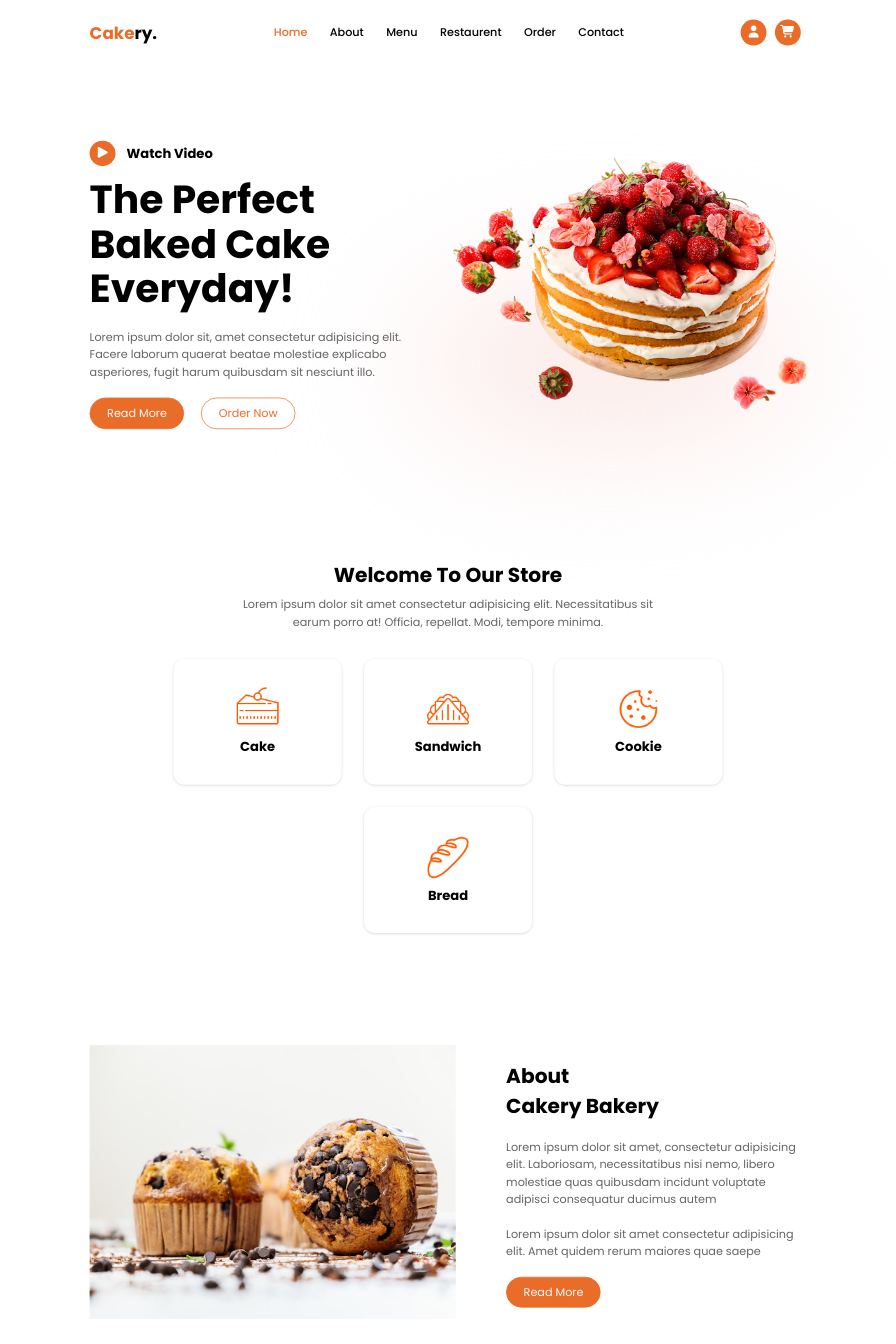
Repository: kingamirhosein100000-maker/cake.shop
Page: index.html
An editor plug-in stored every save of this project. The page is shown before and after the next save, followed by the edit.
The browser window is 1280 px wide. The pictures show the part of the page from y = 0 to 1920 px (the page is 5220 px tall), at 70% of full size.
A picture or video elsewhere on the page could not be fetched, so the positions and the page height are approximate. Some web libraries are served in a nearby version.

Above is the page before, as saved 2026-01-29 19:11:04.

### index.html
<!DOCTYPE html>
<html lang="en">

<head>
    <meta charset="UTF-8">
    <meta name="viewport" content="width=device-width, initial-scale=1.0">
    <title>Bakery Website</title>
    <link rel="stylesheet" href="style.css">
    <link rel="stylesheet" href="https://cdnjs.cloudflare.com/ajax/libs/font-awesome/7.0.1/css/all.min.css" integrity="sha512-2SwdPD6INVrV/lHTZbO2nodKhrnDdJK9/kg2XD1r9uGqPo1cUbujc+IYdlYdEErWNu69gVcYgdxlmVmzTWnetw==" crossorigin="anonymous" referrerpolicy="no-referrer"
    />
</head>

<body>
    <!-- Header Part -->
    <header>
        <nav class="navbar container">
            <div class="logo">
                <a class="logo-txt" href="#">
                        Cake<span>ry.</span>
                    </a>

            </div>
            <ul class="navlist">
                <li>
                    <a href="#" class="navlinks active">
                            Home
                        </a>
                </li>
                <li>
                    <a href="#" class="navlinks">
                            About
                        </a>
                </li>
                <li>
                    <a href="#" class="navlinks">
                            Menu
                        </a>
                </li>
                <li>
                    <a href="#" class="navlinks">
                            Restaurent
                        </a>
                </li>
                <li>
                    <a href="#" class="navlinks">
                            Order
                        </a>
                </li>
                <li>
                    <a href="#" class="navlinks">
                            Contact
                        </a>
                </li>

            </ul>
            <div class="nav-icons">
                <a href="#" class="icons-link">
                    <i class="fa-solid  fa-user"></i>
                </a>
                <a href="#" class="icons-link">
                    <i class="fa-solid fa-shopping-cart"></i>

                </a>
            </div>
            <div class="hamburger">
                <div class="burger"></div>
                <div class="burger"></div>
                <div class="burger"></div>
            </div>
        </nav>
    </header>
    <!-- Section Parts -->
    <main>

        <!-- /* hero-section */ -->

        <section class="hero-section container">
            <div class="content">
                <div class="whatch">
                    <a href="#" class="icons-link">
                        <i class="fa-solid fa-play"></i>
                    </a>
                    <h3>Watch Video</h3>
                </div>
                <h1>The Perfect Baked Cake Everyday!</h1>
                <p>Lorem ipsum dolor sit, amet consectetur adipisicing elit. Facere laborum quaerat beatae molestiae explicabo asperiores, fugit harum quibusdam sit nesciunt illo.</p>
                <div class="btn-continer">
                    <button>Read More</button>
                    <button data-type="borderd-btn">Order Now</button>
                </div>
            </div>
            <div class="img-conteiner">
                <img src="img/cake.png" alt="عکس کیک ">
            </div>
        </section>
        <!-- Store section -->
        <section class="other-section container">
            <div class="column-canteiner">
                <h2>Welcome To Our Store</h2>
                <p data-type="centerd-txt">Lorem ipsum dolor sit amet consectetur adipisicing elit. Necessitatibus sit earum porro at! Officia, repellat. Modi, tempore minima.</p>
                <div class="card-conteiner">
                    <div class="card" data-type="category">
                        <img src="img/pastery.png">
                        <h3>Cake</h3>
                    </div>
                    <div class="card" data-type="category">
                        <img src="img/sandwich.png">
                        <h3>Sandwich</h3>
                    </div>
                    <div class="card" data-type="category">
                        <img src="img/cookie.png">
                        <h3>Cookie</h3>
                    </div>
                    <div class="card" data-type="category">
                        <img src="img/bread.png">
                        <h3>Bread</h3>
                    </div>
                </div>
            </div>
            </div>
        </section>
        <!-- About section -->
        <section class="other-section container">
            <div class="row-container">
                <div class="image-container">
                    <img src="img/cupcake.jpg">
                </div>


                <div class="content">
                    <h2>About<br> Cakery Bakery</h2>
                    <p>Lorem ipsum dolor sit amet, consectetur adipisicing elit. Laboriosam, necessitatibus nisi nemo, libero molestiae quas quibusdam incidunt voluptate adipisci consequatur ducimus autem</p>
                    <p>Lorem ipsum dolor sit amet consectetur adipisicing elit. Amet quidem rerum maiores quae saepe</p>
                    <button>Read More</button>
                </div>
            </div>
        </section>
        <!-- Featured Food -->

        <section class="other-section container">
            <div class="column-canteiner">
                <h2>Our Featured</h2>
                <p data-type="centerd-txt">Lorem ipsum dolor sit amet consectetur adipisicing elit. Praesentium velit odit architecto, distinctio a corporis quibusdam accusantium tempora </p>



                <div class="card-conteiner">
                    <div class="card" data-type="item">
                        <div class="image-part">
                            <img src="img/birthday cake.jpg">
                        </div>
                        <div class="detail">
                            <h4>$10.00</h4>
                            <h4>Birthday cake</h4>
                        </div>
                    </div>
                    <div class="card" data-type="item">
                        <div class="image-part">
                            <img src="img/muffins.jpg">
                        </div>
                        <div class="detail">
                            <h4>$17.00</h4>
                            <h4>muffins</h4>
                        </div>
                    </div>
                    <div class="card" data-type="item">
                        <div class="image-part">
                            <img src="img/waffles.jpg">
                        </div>
                        <div class="detail">
                            <h4>$19.00</h4>
                            <h4>waffles</h4>
                        </div>
                    </div>
                    <div class="card" data-type="item">
                        <div class="image-part">
                            <img src="img/pancake.jpg">
                        </div>
                        <div class="detail">
                            <h4>$25.00</h4>
                            <h4>pancake</h4>
                        </div>
                    </div>

                </div>



                <div class="card-conteiner">
                    <div class="card" data-type="item">
                        <div class="image-part">
                            <img src="img/piece cake.jpg">
                        </div>
                        <div class="detail">
                            <h4>$18.00</h4>
                            <h4> detail</h4>
                        </div>
                    </div>
                    <div class="card" data-type="item">
                        <div class="image-part">

                            <img src="img/cookies.jpg">
                        </div>
                        <div class="detail">
                            <h4>$16.00</h4>
                            <h4>cookies</h4>
                        </div>
                    </div>
                    <div class="card" data-type="item">
                        <div class="image-part">
                            <img src="img/raspberry cake.jpg">
                        </div>
                        <div class="detail">
                            <h4>$67.00</h4>
                            <h4>raspberry cake</h4>
                        </div>
                    </div>
                    <div class="card" data-type="item">
                        <div class="image-part">
                            <img src="img/donut.jpg">
                        </div>
                        <div class="detail">
                            <h4>$90.00</h4>
                            <h4>donut</h4>
                        </div>
                    </div>
                </div>
            </div>
        </section>
        <!-- App section -->
        <section class="other-section container">
            <div class="row-container">
                <div class="content">
                    <h2>App Is Soon <br> On App Store</h2>
                    <p>Lorem ipsum dolor sit, amet consectetur adipisicing elit. Consequuntur omnis sequi in fugiat iusto laborum, delectus magnam eum! Aspernatur quaerat ex excepturi.</p>
                    <div class="app-img">
                        <img src="img/app store.png" alt="App Store">
                        <img class="qqqq" src="img/play store.png" alt="Google Play">
                    </div>


                </div>
                <div class="img-conteiner">
                    <img src="img/bakery app.png">
                </div>
            </div>
        </section>
        <!-- Best Food section -->
        <section class="other-seimction container">
            <div class="row-container">
                <div class="img-conteiner">
                    <img src="img/creamy pancake.png">
                </div>
                <div class="content">
                    <h2>Best Sell <br> In This Week!</h2>
                    <div class="rating">
                        <h4>$15.00</h4>
                        <img src="img/five star ok.png">
                    </div>
                    <p>Lorem ipsum dolor sit, amet consectetur adipisicing elit. Commodi, libero soluta! Quia nostrum unde corrupti ratione quibusdam dolores sed, voluptatum aliquid possimus!</p>
                    <p>Lorem ipsum dolor sit amet, consectetur adipisicing elit. Voluptate cum mollitia culpa ullam numquam.</p>
                    <button>Buy Now</button>


                </div>
            </div>
        </section>
        <!-- NewsLatter section -->
        <section class="other-section container">
            <div class="column-canteiner">
                <h2>Subescribe Our NewsLatter</h2>
                <p data-type="centerd-txt">Lorem ipsum dolor sit amet consectetur adipisicing elit. Praesentium velit odit architecto, distinctio a corporis quibusdam accusantium</p>

                <form class="form-canteiner">
                    <input type="email" name="email" id="email" autocomplete="off" placeholder="Email Address Here">
                    <input type="submit" value="Subescribe" class="form-btn">
                </form>
            </div>
        </section>
    </main>
    <!-- Footer Parts -->
    <footer>
<div class="column-canteiner container">
    <div class="card-conteiner">

    <div class="column">
        <div class="logo">
                            <a class="logo-txt" href="#">
                        Cake<span>ry.</span>
                    </a>
        </div>

        <p data-type="balanced-txt">Lorem ipsum dolor sit, amet consectetur adipisicing elit. Magnam perferendis alias praesentium recusandae officiis adipisci!</p>
        <div class="icons">
            <a href="#" class="icons-link">
                <i class="fa-brands fa-facebook-f"></i>
            </a>
            <a href="#" class="icons-link">
                <i class="fa-brands fa-twitter"></i>
            </a>
            <a href="#" class="icons-link">
                <i class="fa-brands fa-instagram"></i>
            </a>
            <a href="#" class="icons-link">
                <i class="fa-brands fa-linkedin-in"></i>
            </a>
        </div>
    </div>
    <div class="column">
<h4>Resources</h4>
<ul class="footer-list">
    <li>
        <a href="#" class="footer-links">Resource</a>
    </li>
    <li>
        <a href="#" class="footer-links">Cantact Us</a>
    </li>
    <li>
        <a href="#" class="footer-links">FAQ</a>
    </li>
    <li>
        <a href="#" class="footer-links">Email Support</a>
    </li>
    <li>
        <a href="#" class="footer-links">API Documention</a>
    </li>
</ul>
    </div>
    <div class="column">
        <h4>Menu</h4>
        <ul class="footer-list">
    <li>
        <a href="#" class="footer-links">Cupcake</a>
    </li>
    <li>
        <a href="#" class="footer-links">Cookies</a>
    </li>
    <li>
        <a href="#" class="footer-links">Sandwich</a>
    </li>
    <li>
        <a href="#" class="footer-links">Bread</a>
    </li>
    <li>
        <a href="#" class="footer-links">Biscuits</a>
    </li>
    <li>
        <a href="#" class="footer-links">Raspberry Cake</a>
    </li>
</ul>
    </div>
    <div class="column">
        <h4>Services</h4>
<ul class="footer-list">
    <li>
        <a href="#" class="footer-links">Home Delivery</a>
    </li>
    <li>
        <a href="#" class="footer-links">offic Delivery</a>
    </li>
    <li>
        <a href="#" class="footer-links">Event</a>
    </li>
    <li>
        <a href="#" class="footer-links">Birthday</a>
    </li>
    <li>
        <a href="#" class="footer-links">Restaurent</a>
    </li>
</ul>
    </div>
    <div class="column">
        <h4>Contact</h4>
        <ul class="footer-list">
    <li>
        <a href="#" class="icons-link">
            <i class="fa-solid fa-location-dot"></i>
        </a>
        <a href="#" class="footer-links">
            ABC Street, Tehran
        </a>
    </li>



    <li>

        <a href="#" class="icons-link">
            <i class="fa-solid fa-phone"></i>
        </a>
        <a href="#" class="footer-links">
            +983 634 321 990
        </a>
    </li>



    <li>

                <a href="#" class="icons-link">
                    <i class="fa-solid fa-envelope"></i>
        </a>
        <a href="#" class="footer-links">
            info@example.com
        </a>
    </li>

</ul>
    </div>
    </div>
    <div class="line">
        <h4>
            &copy;copyright Cakery All Right Reserved
        </h4>
    </div>
</div>

    </footer>
    <script src=" main.js "></script>
</body>

</html>

Loaded but not shown: main.js (13 lines, source omitted); style.css (390 lines, source omitted)

After the next save:
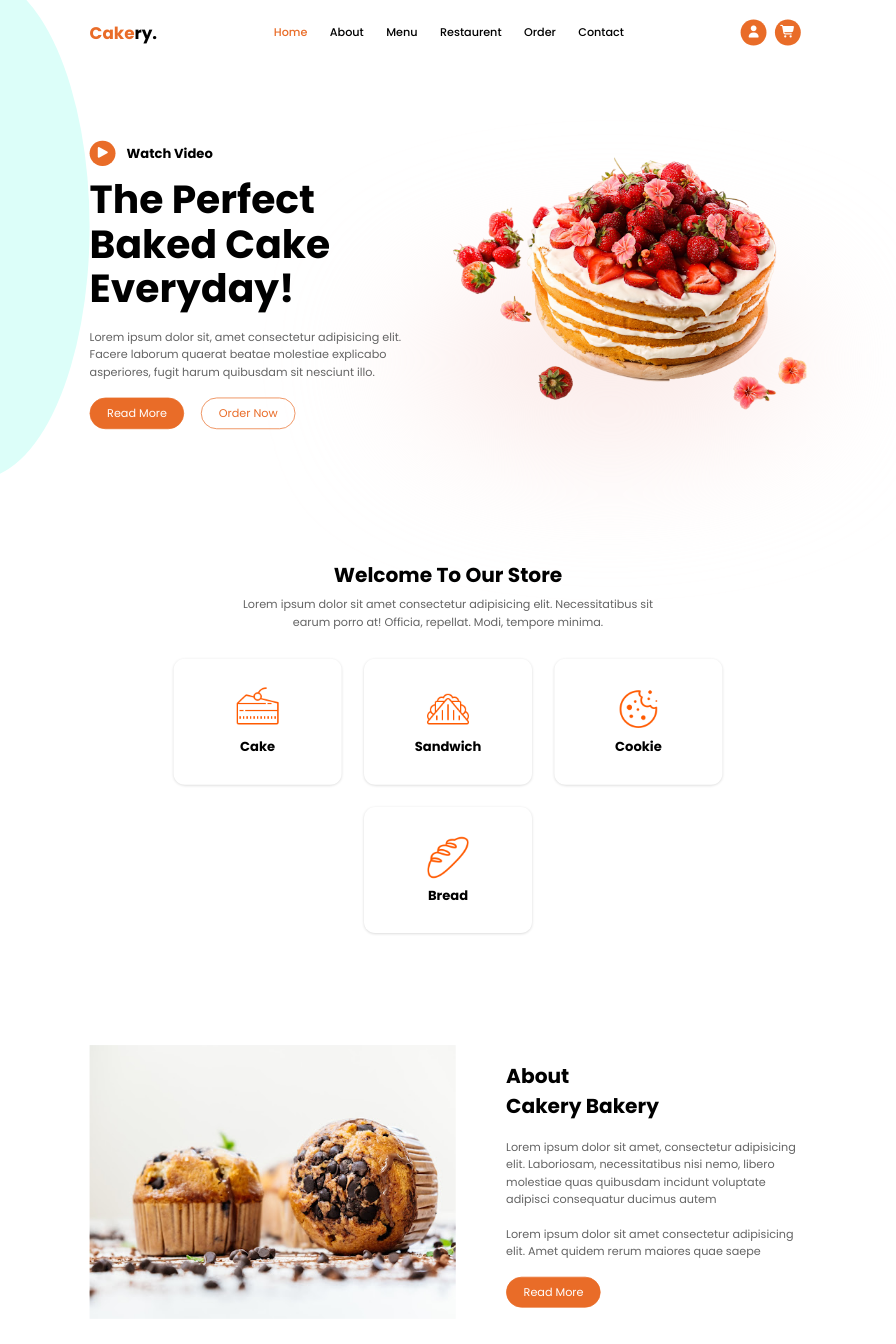
Saved 58 s later.
--- a/index.html
+++ b/index.html
@@ -74,7 +74,7 @@
 
         <!-- /* hero-section */ -->
 
-        <section class="hero-section container">
+        <section class="hero-section container mint-glow">
             <div class="content">
                 <div class="whatch">
                     <a href="#" class="icons-link">
